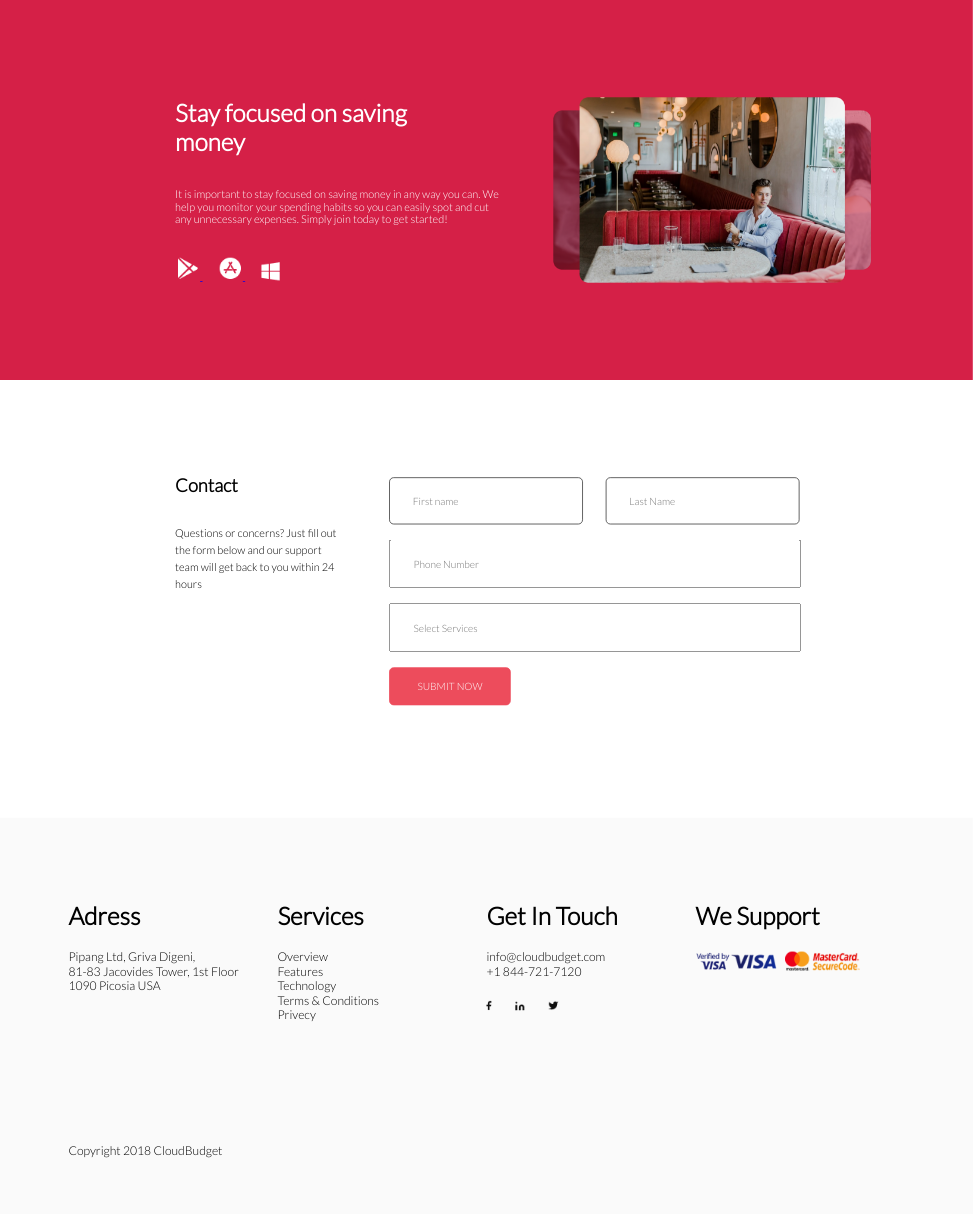
Repository: batonAnton/Cursor_lecture4
Page: index.html
These files come from the project's save history. The page is drawn as it stood at one moment and after the next save; the edit follows.
The browser window is 1280 px wide. The pictures show the whole page, at 76% of full size.

Above is the page before, as saved 2022-06-09 15:53:10.

### index.html
<!DOCTYPE html>
<html lang="en">
<head>
    <meta charset="UTF-8">
    <meta http-equiv="X-UA-Compatible" content="IE=edge">
    <meta name="viewport" content="width=device-width, initial-scale=1.0">
    <title>CloudBudget Freebie</title>
    <link rel="preconnect" href="https://fonts.googleapis.com">
    <link rel="preconnect" href="https://fonts.gstatic.com" crossorigin>
    <link href="https://fonts.googleapis.com/css2?family=Lato:wght@300&display=swap" rel="stylesheet">
    <link rel="stylesheet" href="css/style.css">
</head>
<body>
    <div class="full-page">
    <header>
        <div class="info-box">
            <h1>Stay focused on saving <br> money</h1>
            <p>It is important to stay focused on saving money in any way you can. We <br> help you monitor your spending habits so you can easily spot and cut <br> any unnecessary expenses. Simply join today to get started!</p>

            <div class="link_source">
                <a href="https://play.google.com/store/games?hl=uk&gl=US">
                    <img src="/image/icon/google_play.png" alt="icon-google">
                </a>
                <a href="https://www.apple.com/ua/app-store/">
                    <img src="/image/icon/apstore.png" alt="icon-apstore">
                </a>
                <a href="https://www.microsoft.com/uk-ua/software-download/windows10">
                    <img src="/image/icon/windows.png" alt="icon-windows">
                </a>
            </div>
        </div>

        <div class="big_img"></div>
    </header>

    <section>
        <div class="info-box">
            <h1>Contact</h1>
            <p>Questions or concerns? Just fill out the form below and our support <br> team will get back to you within 24 hours</p>
        </div>

        <div class="input-fields">
            <form>
                <div>
                    <input type="text" id="fname" placeholder="First name" name="fname">
                    <input type="text" id="lname" placeholder="Last Name" name="lname">
                </div>

                <input type="number" name="" id="number" placeholder="Phone Number">
                <input list="browsers" id="dropdown" placeholder="Select Services" name="service"> <br>
                <datalist id="browsers">
                    <option value="Service1">
                    <option value="Service2">
                    <option value="Service3">
                    <option value="Service4">
                    <option value="Service5">
                </datalist>
                <button>submit now</button>
              </form>
        </div>
    </section>

    <footer>
        <div class="all-block">
            <div class="adress-block">
                <h1>adress</h1>
                <p>
                    Pipang Ltd, Griva Digeni,<br>
                    81-83 Jacovides Tower, 1st Floor <br>
                    1090 Picosia USA
                </p>
            </div>

            <div class="services">
                <h1>services</h1>
                <a href="">overview</a>
                <a href="">features</a>
                <a href="">technology</a>
                <a href="">terms & conditions</a>
                <a href="">privecy</a>
            </div>

            <div class="link-social">
                <h1>Get in Touch</h1>
                <a href="">info@cloudbudget.com</a>
                <a href="">+1 844-721-7120</a>

                <div>
                    <a href="">
                        <img src="/image/footer/facebook.png" alt="facebook-link">
                    </a>

                    <a href="">
                        <img src="/image/footer/feather-linkedin.png" alt="linkdn">
                    </a>

                    <a href="">
                        <img src="/image/footer/tweeter.png" alt="tweeter-img">
                    </a>
                </div>
            </div>

            <div class="paymants">
                <h1>We Support</h1>
                <img src="/image/footer/secure-p-1 1.png" alt="img pay">
            </div>
        </div>
        <p class="copyright">Copyright 2018 CloudBudget</p>
    </footer>
    </div>
</body>
</html>

### css/style.css
* {
  font-family: "Lato", sans-serif;
  font-weight: 400;
  margin: 0px;
  padding: 0px;
  box-sizing: border-box;
}

/* .full-page{
  padding:0 5% 0 5%
} */
h1 {
  font-weight: 600;
}

header {
  width: 100%;
  height: 20%;
  padding: 10%;
  color: #ffffff;
  display: inline-flex;
  background-color: #d52047;
}

.info-box {
  width: 80%;
  margin-left: 10%;
}

.info-box p {
  width: 90%;
  margin: 40px 0;
  font-size: 0.9rem;
}

.link_source a {
  margin-left: -19px;
  padding: 0 20px;
}

.big_img {
  background-image: url("/image/Photo.png");
  width: 70%;
  background-repeat: no-repeat;
  background-position: center;
  background-size: contain;
}

/* Section */
section {
  color: #000000;
  display: inline-flex;
  padding: 10%;
  width: 100%;
}

section .info-box {
  width: 80%;
  color: #000000;
  line-height: 140%;
}

section .info-box h1 {
  font-weight: 600;
}

#fname,
#lname {
  width: 255px;
  height: 60px;
  border: 1px solid #333333;
  border-radius: 6px;
}

.input-fields input {
  width: 95%;
  height: 60px;
  padding: 30px;
}

form div {
  display: inline-flex;
}
form input,
button {
  margin-left: 30px;
  margin-bottom: 20px;
  /* margin: 0px 0px 30px 10px; */
}

.input-fields {
  margin-right: 100px;
}

button {
  background-color: #ed4c5c;
  color: #ffffff;
  width: 160px;
  height: 50px;
  border: 1.5px solid #ed4c5c;
  border-radius: 6px;
  text-transform: uppercase;
}

footer {
  background-color: #fafafa;
  margin: 0px auto 0px auto;
}

.all-block {
  display: inline-flex;
  padding: 85px 90px 75px 90px;
  margin: 0 auto;
  width: 100%;
}

.all-block div {
  width: 30%;
  /* padding: 0 15% 0 15%; */
}

footer h1 {
  font-style: normal;
  font-weight: 700;
  line-height: 22px;
  text-transform: capitalize;
  margin-bottom: 33px;
  margin-top: 33px;
}

.services a,
.link-social a {
  display: grid;
  text-decoration: none;
  color: #000000;
}

.services a {
  text-transform: capitalize;
}

.link-social div {
  display: inline-flex;
}

.link-social div a {
  margin: 30px 30px 0px 0px;
}

.copyright{
  padding: 85px 90px 75px 90px;
}

After the next save:
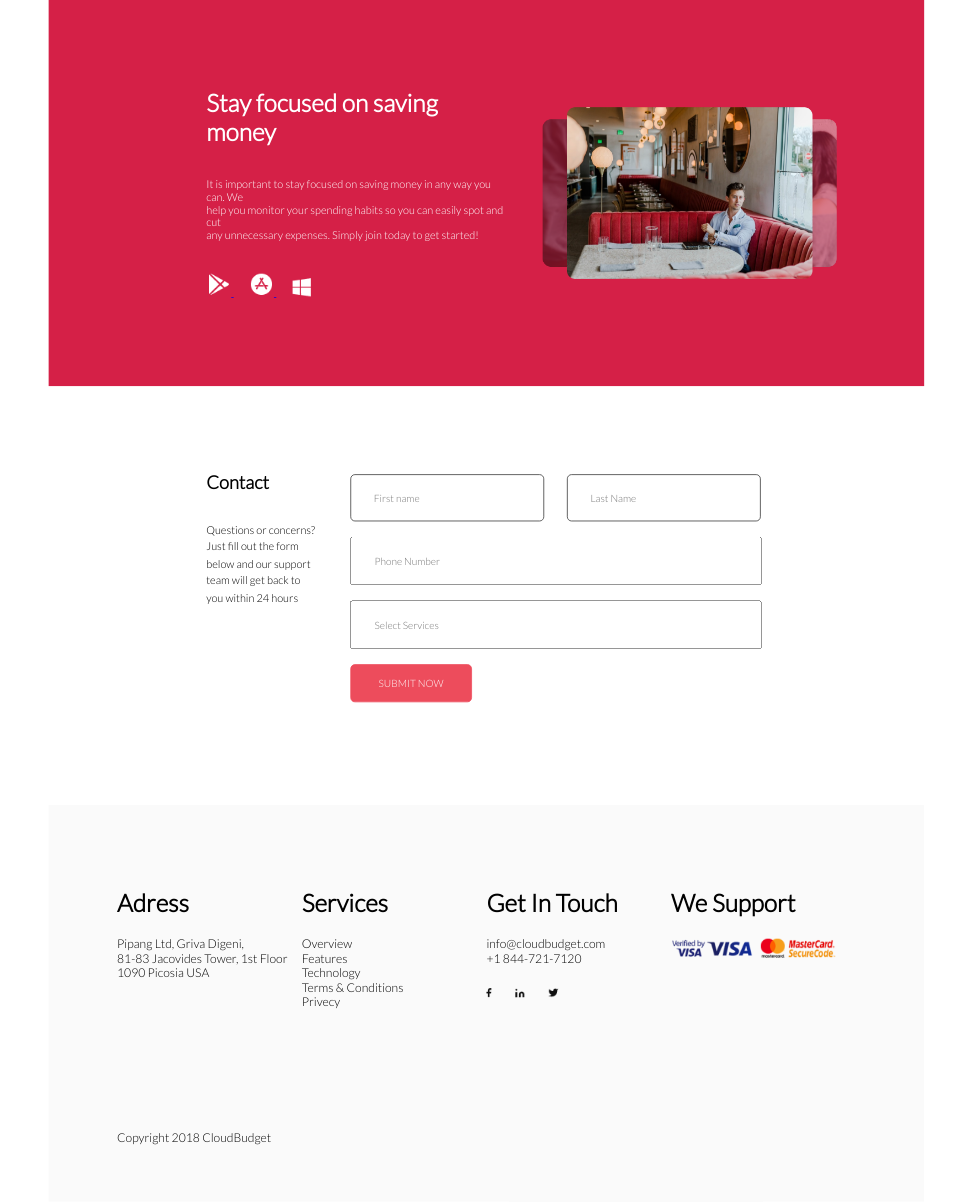
Saved 17 min 58 s later.
--- a/css/style.css
+++ b/css/style.css
@@ -6,9 +6,9 @@
   box-sizing: border-box;
 }
 
-/* .full-page{
-  padding:0 5% 0 5%
-} */
+.full-page{
+  padding:0 5% 0 5%;
+}
 h1 {
   font-weight: 600;
 }
